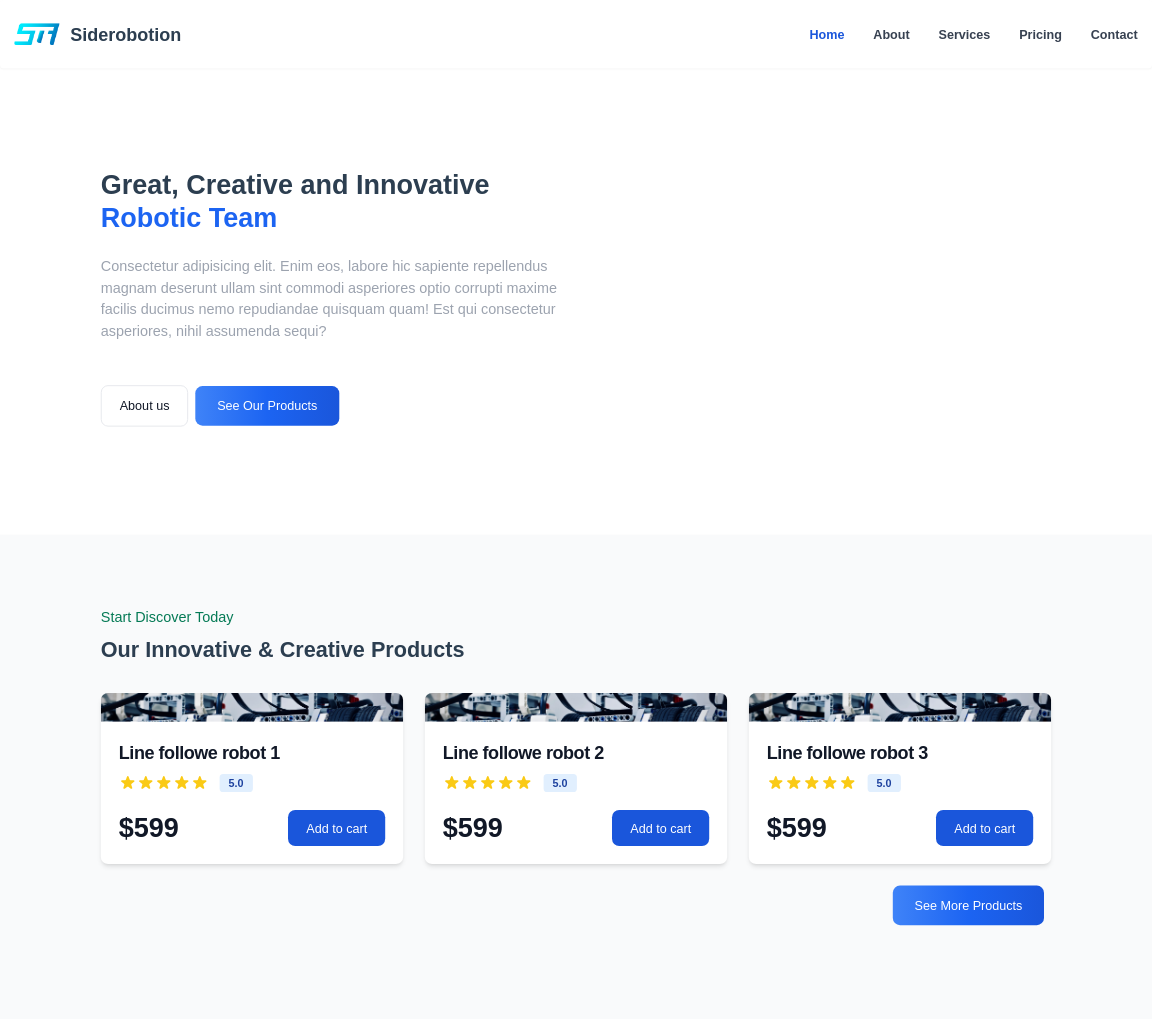
Repository: khulqu15/siderobotion
Page: /
The author's editor kept a copy of each file at every save. The page is drawn from the files as they stood at one save, then again after the next save.
The browser window is 1280 px wide. The pictures show the whole page, at 90% of full size.
The project was rebuilt for these pictures with package versions that can differ from the ones it lists, and the page was loaded fresh each time. Also part of the build but not shown: vue.config.js.

Above is the page before, as saved 2022-06-12 02:42:39.

After the next save:
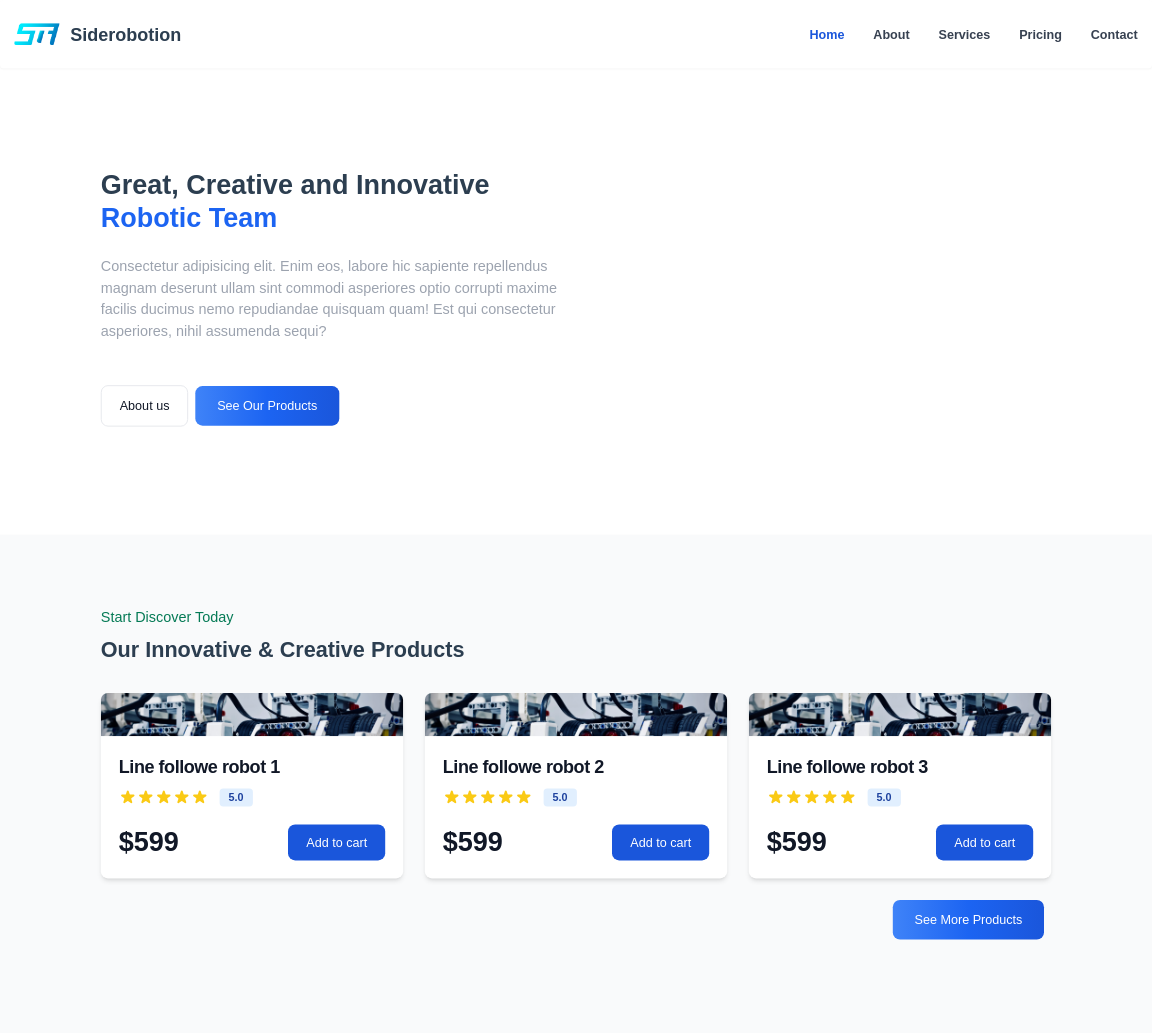
Saved 7 s later.
--- a/src/views/HomeView.vue
+++ b/src/views/HomeView.vue
@@ -19,7 +19,7 @@
         <div v-for="(item, index) in 3" :key="index">
           <div class="w-full bg-white rounded-lg shadow-md dark:bg-gray-800 dark:border-gray-700">
             <a href="#">
-              <img class="rounded-t-lg h-8 w-full object-cover" :src="require('@/assets/images/product.webp')" alt="product image" />
+              <img class="rounded-t-lg h-12 w-full object-cover" :src="require('@/assets/images/product.webp')" alt="product image" />
             </a>
             <div class="p-5">
               <a href="#">
